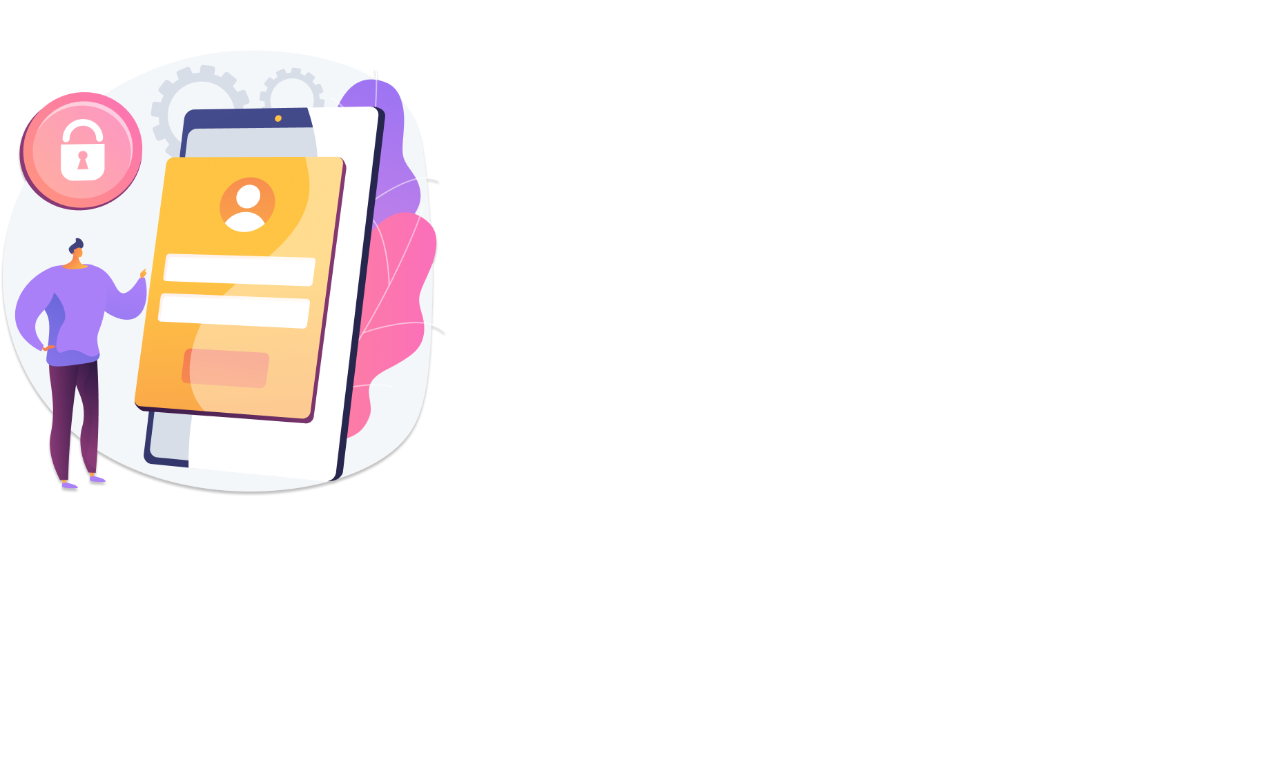
Repository: kauittt/Demo
Page: / (app in FE/vite-project/)
These files come from the project's save history. The page is drawn as it stood at one moment and after the next save; the edit follows.
The browser window is 1280 px wide. The pictures show the whole page.
The project was rebuilt for these pictures with package versions that can differ from the ones it lists, and the page was loaded fresh each time. Also part of the build but not shown: FE/vite-project/vite.config.js.

Above is the page before, as saved 2024-08-16 10:30:56.

### FE/vite-project/src/main.jsx
import { render } from "preact";
import { App } from "./app.jsx";
import "./index.css";

render(<App />, document.getElementById("app"));

### FE/vite-project/src/app.jsx
import LoginPage from "./components/page/LoginPage";

export function App() {
    console.log(window.innerHeight);
    console.log(window.innerWidth);
    // 1536 - 703
    // 1920 - 1024
    // 0.8 - 0.7
    return (
        <div className="flex flex-center mt-[50px]">
            <LoginPage></LoginPage>
        </div>
    );
}

### FE/vite-project/src/index.css
@tailwind base;
@tailwind components;
@tailwind utilities;

* {
    scrollbar-width: thin;
}

@layer components {
    .transition-base {
        @apply transition-all duration-200 ease-in-out;
    }

    .hover-main {
        /** Chữ xanh - Nền trắng ->(HOVER) Chữ trắng - Nền xanh */
        @apply text-main hover:text-white hover:bg-main rounded;
    }

    .flex-center {
        @apply justify-center items-center;
    }
}

.container {
    width: 100%;
}
@media (min-width: 640px) {
    .container {
        max-width: 640px;
    }
}
@media (min-width: 768px) {
    .container {
        max-width: 768px;
    }
    @media (min-width: 1024px) {
        .container {
            max-width: 1024px;
        }
    }
    @media (min-width: 1280px) {
        .container {
            max-width: 1280px;
        }
    }
    @media (min-width: 1400px) {
        .container,
        .container-lg,
        .container-md,
        .container-sm,
        .container-xl,
        .container-xxl {
            max-width: 1320px;
        }
    }
}

### FE/vite-project/src/components/page/LoginPage.jsx
import React from "react";

const LoginPage = () => {
    return (
        <div className="flex w-full h-screen">
            {/*//! Image */}
            <div className="w-1/2">
                <img
                    src="./image/login.png"
                    alt="Description"
                    className="max-w-[448px] w-full object-cover"
                />
            </div>
        </div>
    );
};

export default LoginPage;

### FE/vite-project/tailwind.config.js
/** @type {import('tailwindcss').Config} */
export default {
    content: ["./index.html", "./src/**/*.{js,ts,jsx,tsx}"],
    theme: {
        colors: {
            main: "#109CF1", //* Màu chủ đạo
            text: "#3A3A49", //* Màu chữ
            white: "#FFF", //* Trắng
            bgr: "#F5F5F5", //* Background
            border: "#EBEFF2", //* Customer Item's Border
            grey: "#C2C2C2", //* Input border
            black: "#000",
            red: "#FD4848", //* Error, Avatar
        },
        extend: {
            fontFamily: {
                sans: ["Work Sans", "sans-serif"],
            },
            boxShadow: {
                custom: "rgba(50, 50, 105, 0.15) 0px 2px 5px 0px, rgba(0, 0, 0, 0.05) 0px 1px 1px 0px",
            },
        },
    },
    plugins: [],
};

Loaded but not shown: FE/vite-project/index.html (common file)

After the next save:
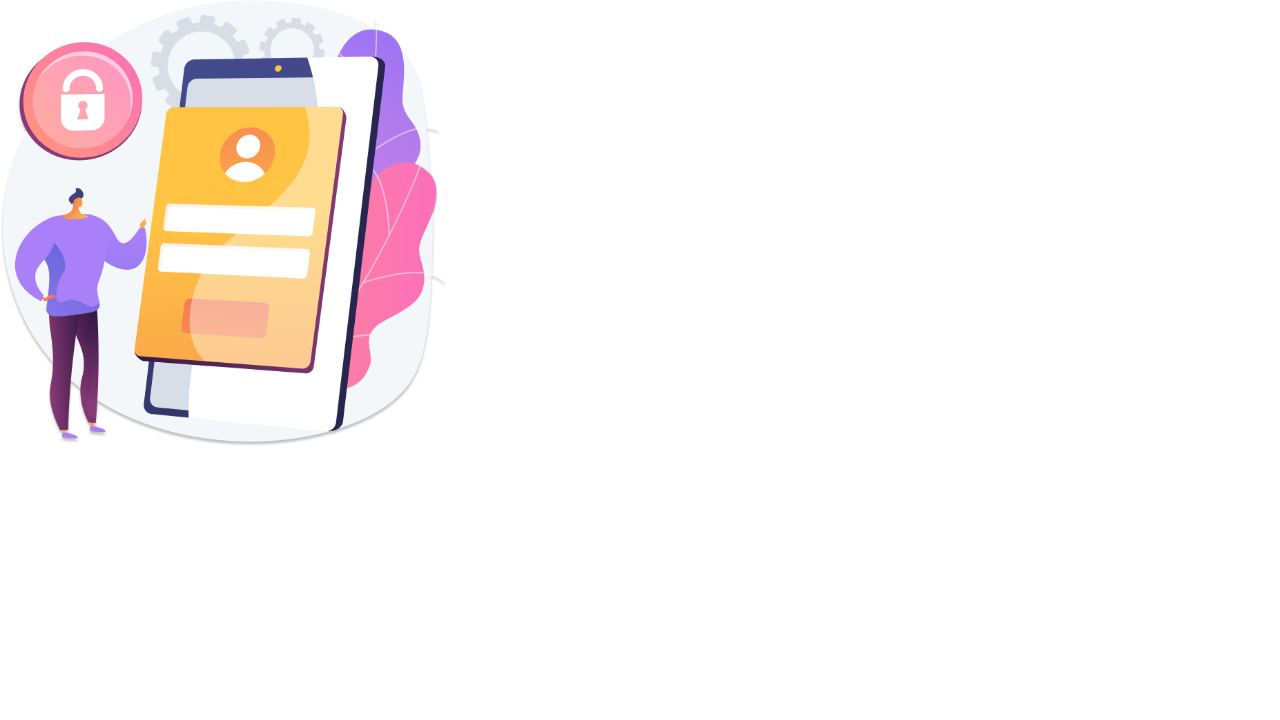
Saved 9 s later.
--- a/FE/vite-project/src/app.jsx
+++ b/FE/vite-project/src/app.jsx
@@ -7,7 +7,7 @@ export function App() {
     // 1920 - 1024
     // 0.8 - 0.7
     return (
-        <div className="flex flex-center mt-[50px]">
+        <div className="flex flex-center ">
             <LoginPage></LoginPage>
         </div>
     );
